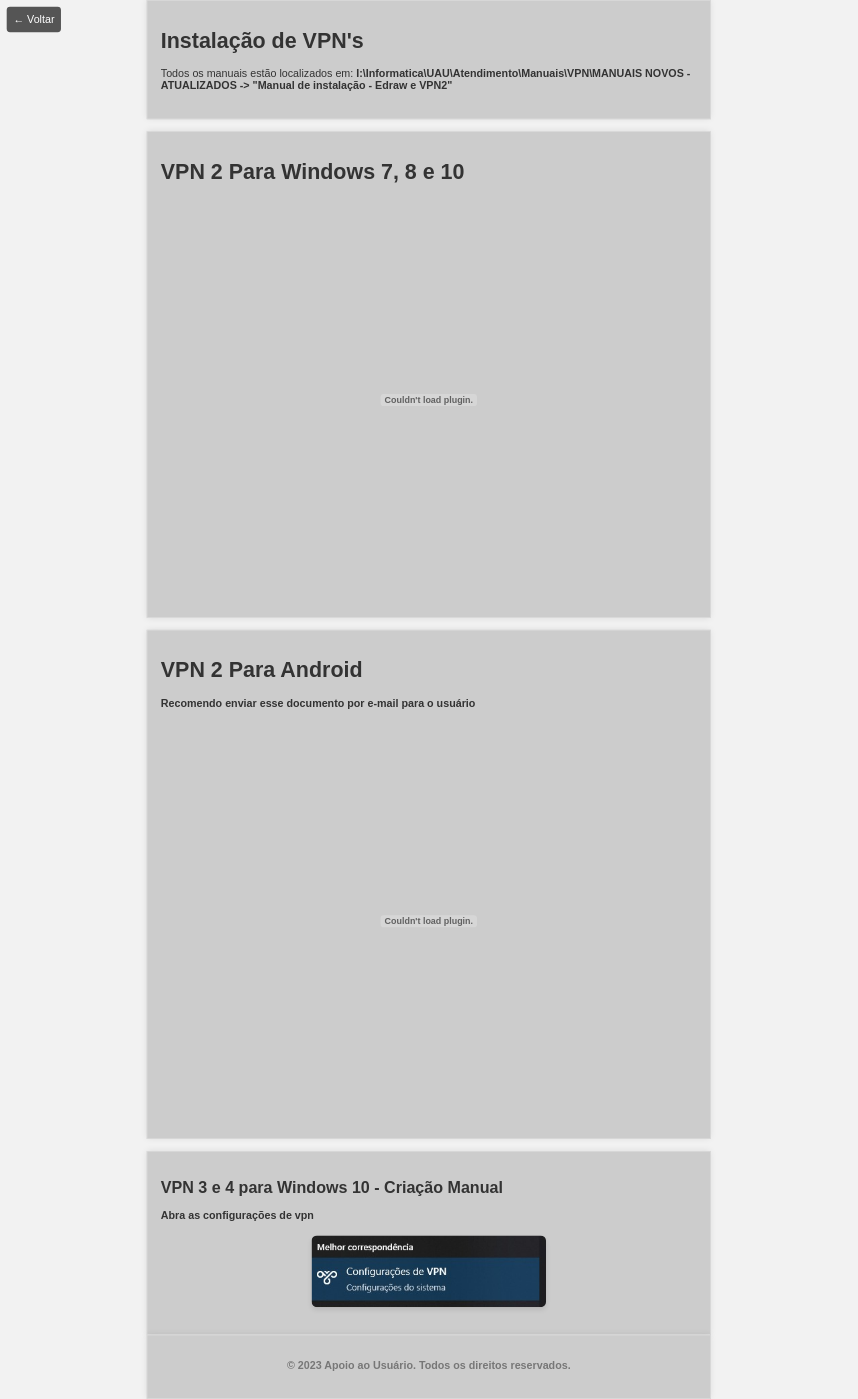
Repository: I4guito/dicasdez
Page: Dicas site/Dicas/configvpn.html
These files come from the project's save history. The page is drawn as it stood at one moment and after the next save; the edit follows.
The browser window is 1280 px wide. The pictures show the whole page, at 67% of full size.

Above is the page before, as saved 2023-11-29 14:42:20.

After the next save:
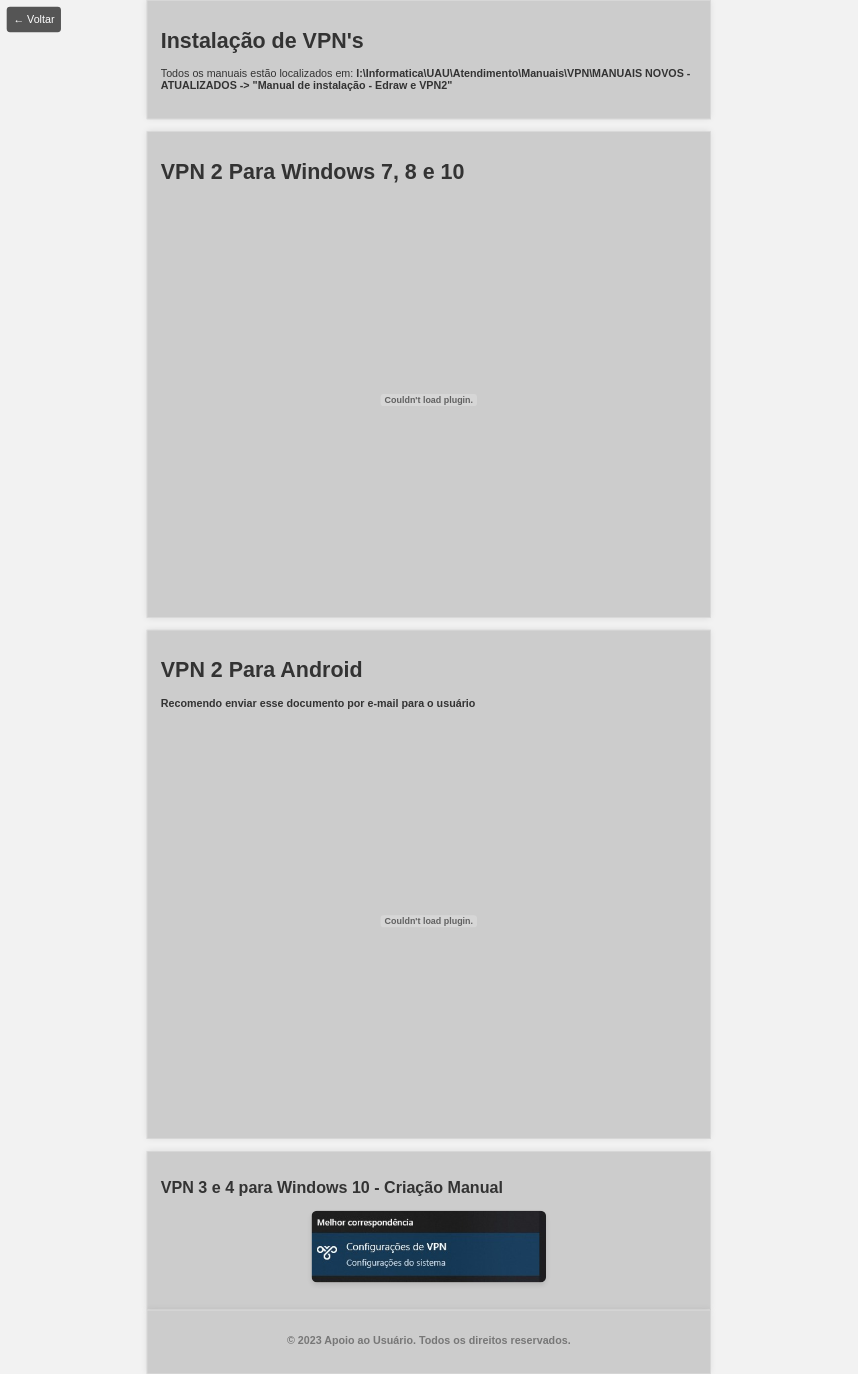
Saved 14 s later.
--- a/Dicas site/Dicas/configvpn.html
+++ b/Dicas site/Dicas/configvpn.html
@@ -38,7 +38,7 @@
         </p>
         <label class="image-zoom">
             <input type="checkbox">
-            <p>Abra as configurações de vpn</p>
+
             <img src="/Dicas site/Dicas/vpn images/confvpn.jpeg" alt="Imagem">
         </label>
 

After the 2 saves that followed:
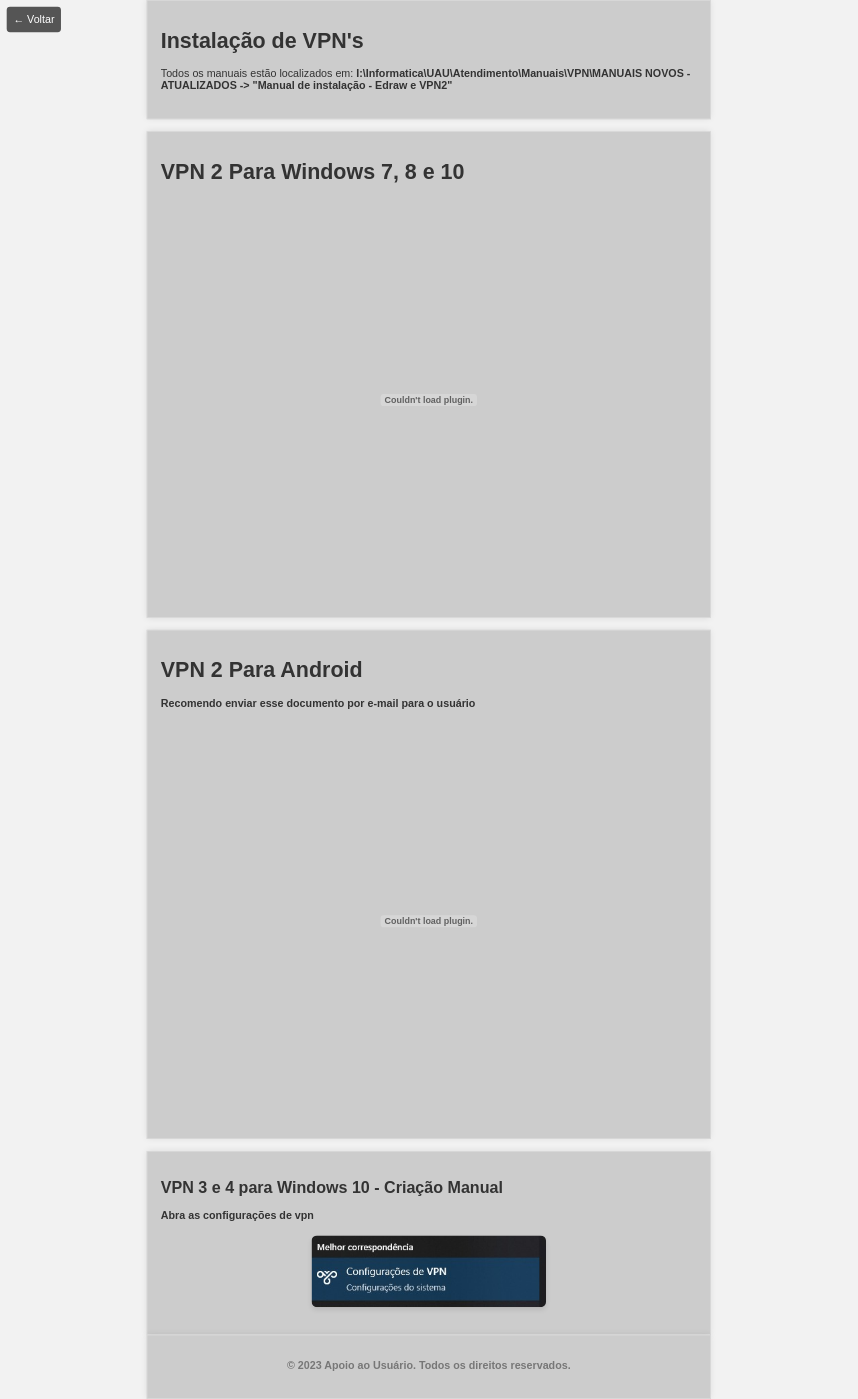
The 2 saves are shown as one change because they came seconds apart.
The last was saved 8 s later.
--- a/Dicas site/Dicas/configvpn.html
+++ b/Dicas site/Dicas/configvpn.html
@@ -35,7 +35,8 @@
 
     <div class="container" onclick="toggleSize(this)">
         <h2>VPN 3 e 4 para Windows 10 - Criação Manual</h2>
-        </p>
+
+        <p>Abra as configurações de vpn</p>
         <label class="image-zoom">
             <input type="checkbox">
 
